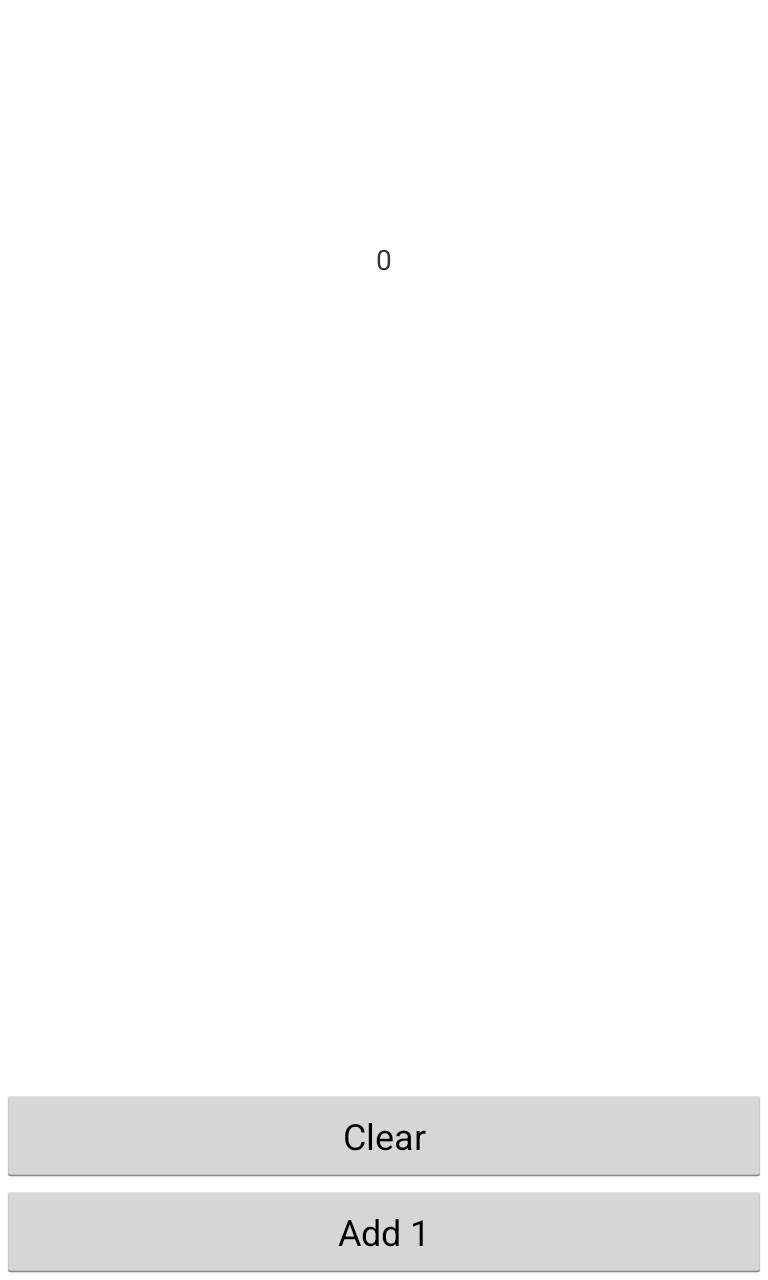
Repository: phedavkar/android_class
Layout: Counter/res/layout/main.xml
The author's editor kept a copy of each file at every save. The layout is drawn from the files as they stood at one save, then again after the next save.
It is drawn on a 768 x 1280 px phone screen (xhdpi) without system bars, with theme AppTheme; the app's code is not run.

Above is the layout before, as saved 2014-04-08 17:55:29.

### Counter/res/layout/main.xml
<?xml version="1.0" encoding="utf-8"?>
<RelativeLayout xmlns:android="http://schemas.android.com/apk/res/android"
    android:layout_width="match_parent"
    android:layout_height="match_parent" >

    <TextView
        android:id="@+id/counterView"
        android:layout_width="wrap_content"
        android:layout_height="wrap_content"
        android:layout_alignParentTop="true"
        android:layout_centerHorizontal="true"
        android:layout_marginTop="120dp"
        android:text="0" />

    <Button
        android:id="@+id/increment"
        android:layout_width="fill_parent"
        android:layout_height="wrap_content"
        android:layout_alignParentBottom="true"
        android:layout_centerHorizontal="true"
        android:text="@string/increment" />

    <Button
        android:id="@+id/clear"
        android:layout_width="fill_parent"
        android:layout_height="wrap_content"
        android:layout_above="@+id/increment"
        android:text="Clear" />

</RelativeLayout>

### Counter/res/values/strings.xml
<resources>

    <string name="app_name">Counter</string>
    <string name="increment">Add 1</string>

</resources>

Loaded but not shown: Counter/res/values/styles.xml (common file); Counter/res/values-v11/styles.xml (common file); Counter/res/values-v14/styles.xml (common file)

After the next save:
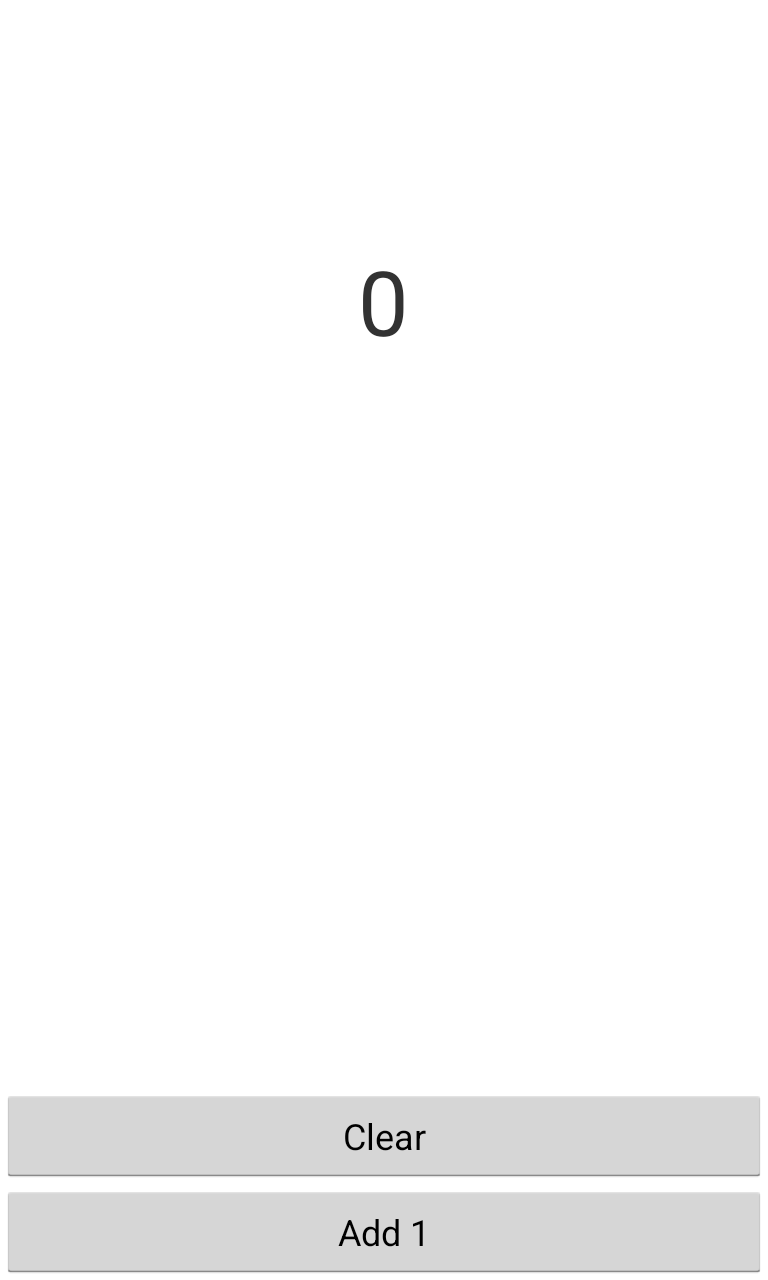
Saved 41 s later.
--- a/Counter/res/layout/main.xml
+++ b/Counter/res/layout/main.xml
@@ -10,6 +10,7 @@
         android:layout_alignParentTop="true"
         android:layout_centerHorizontal="true"
         android:layout_marginTop="120dp"
+        android:textSize="45sp"
         android:text="0" />
 
     <Button
